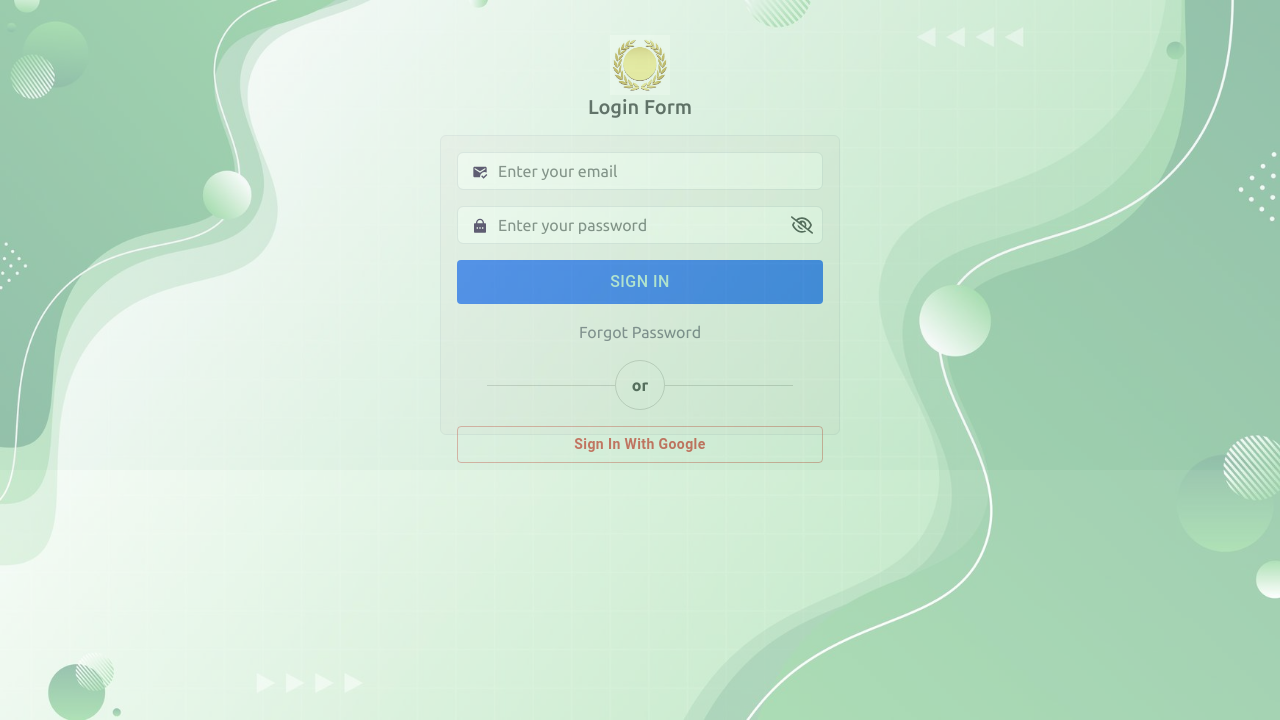
Repository: gautamsonam011/admin-react-dashboard
Page: /login
The author's editor kept a copy of each file at every save. The page is drawn from the files as they stood at one save, then again after the next save.
The browser window is 1280 px wide. The pictures show the whole page.
The project was rebuilt for these pictures with package versions that can differ from the ones it lists, and the page was loaded fresh each time. Also part of the build but not shown: src/components/DashboardBox.jsx, src/pages/Dashboard/Dashboard.jsx.

Above is the page before, as saved 2025-04-23 23:53:09.

After the next save:
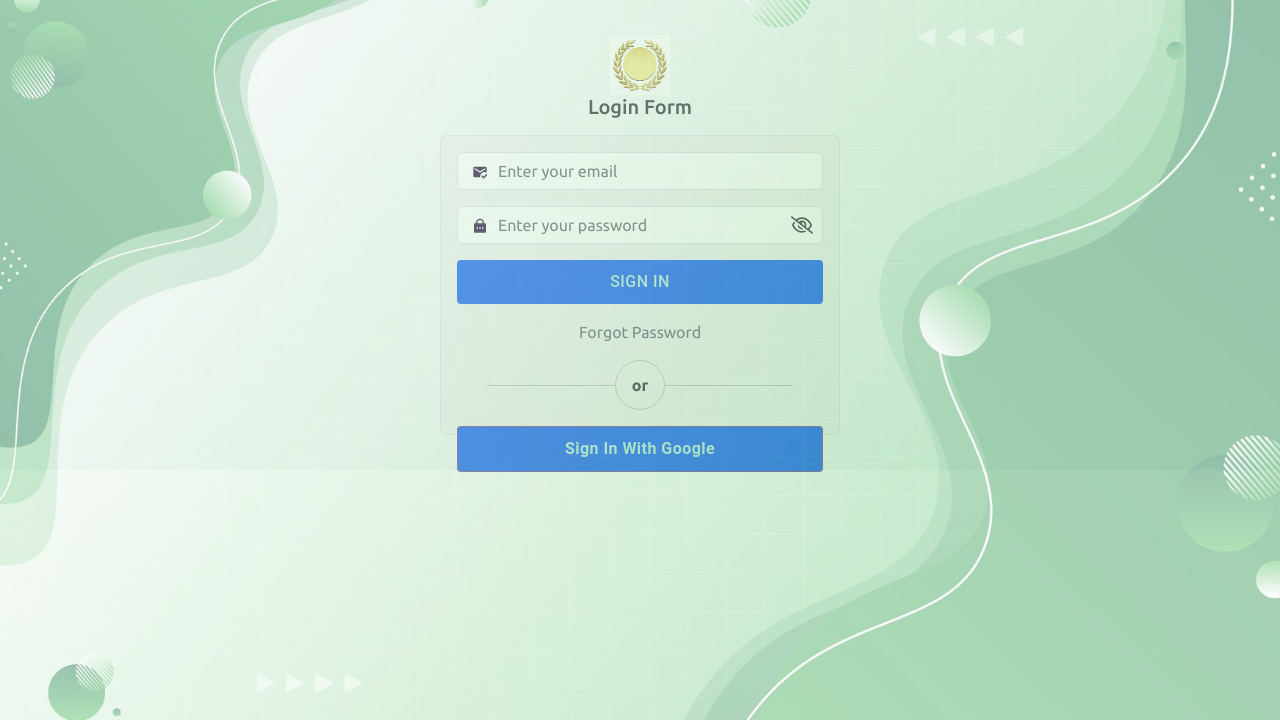
Saved 64 s later.
--- a/src/pages/Login/index.jsx
+++ b/src/pages/Login/index.jsx
@@ -59,7 +59,7 @@
                                     <span className='line'></span>
                                 </div>
 
-                                <Button variant="outlined" color="error" className='w-100 btn-lg loginwithGoogle'>Sign In with Google</Button>
+                                <Button variant="outlined" color="error" className='w-100 btn-lg loginwithGoogle btn-big'>Sign In with Google</Button>
                             </div>
                         </form>
                     </div>

After the save that followed:
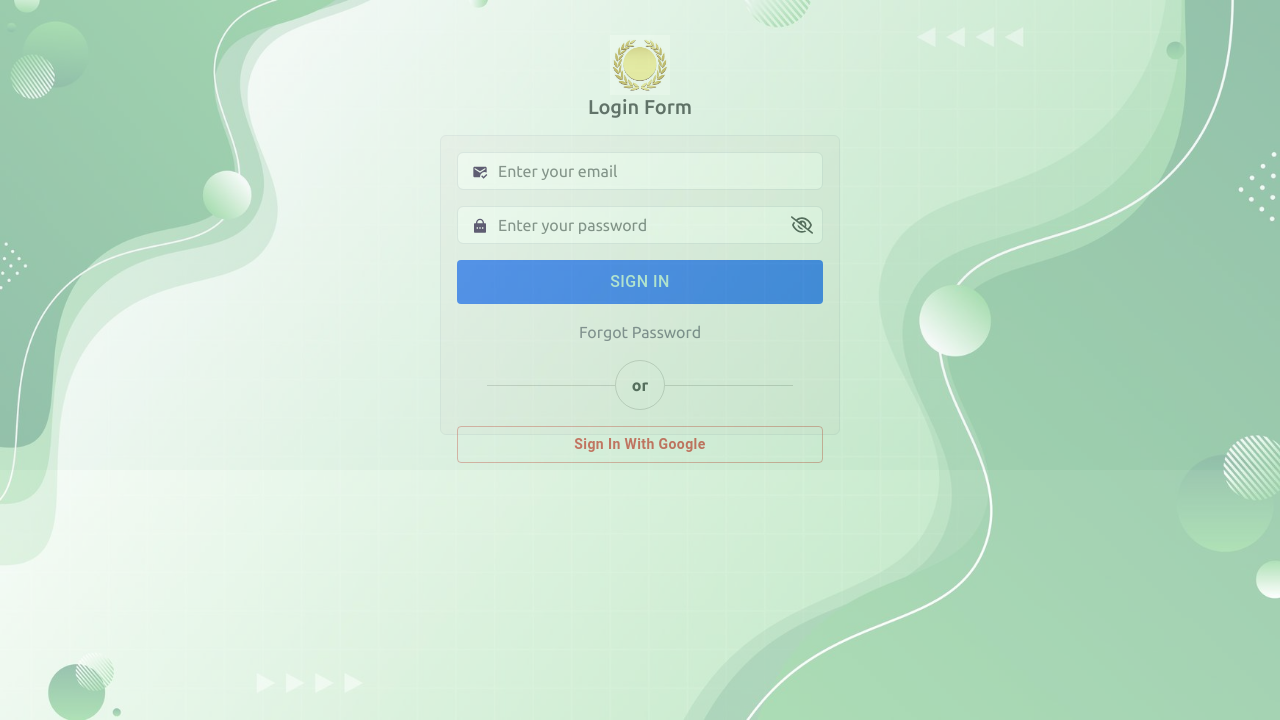
Saved 15 s later.
--- a/src/pages/Login/index.jsx
+++ b/src/pages/Login/index.jsx
@@ -59,7 +59,7 @@
                                     <span className='line'></span>
                                 </div>
 
-                                <Button variant="outlined" color="error" className='w-100 btn-lg loginwithGoogle btn-big'>Sign In with Google</Button>
+                                <Button variant="outlined" color="error" className='w-100 btn-lg loginwithGoogle'>Sign In with Google</Button>
                             </div>
                         </form>
                     </div>
